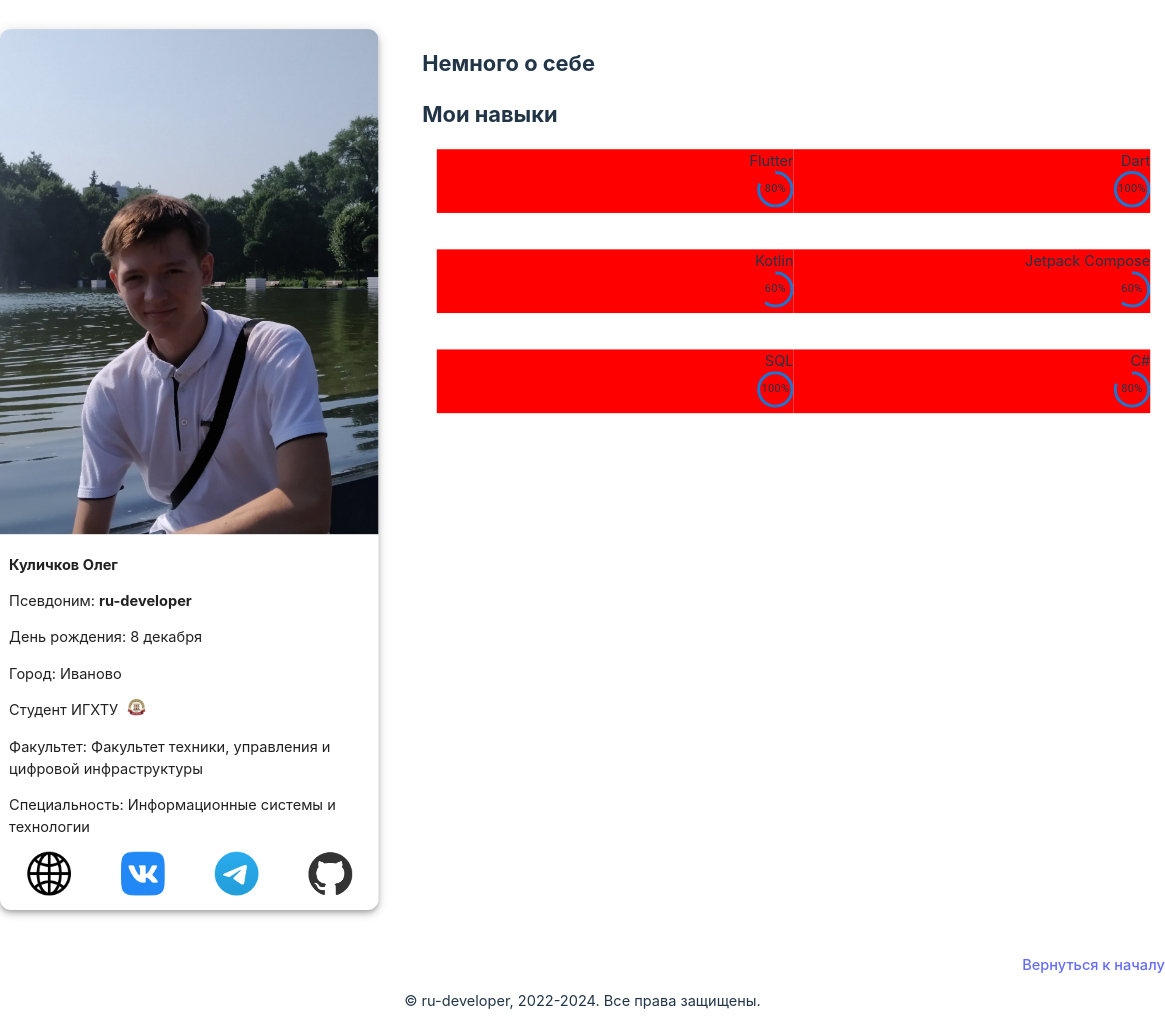
Repository: HubOl01/my_profile
Page: /
These files come from the project's save history. The page is drawn as it stood at one moment and after a run of saves; the edit follows.
The browser window is 1280 px wide. The pictures show the whole page, at 91% of full size.
The project was rebuilt for these pictures with package versions that can differ from the ones it lists, and the page was loaded fresh each time. Also part of the build but not shown: vite.config.ts, src/components/header/Header.module.scss, src/data/websites.ts.

Above is the page before, as saved 2024-03-09 11:05:43.

After the next 2 saves:
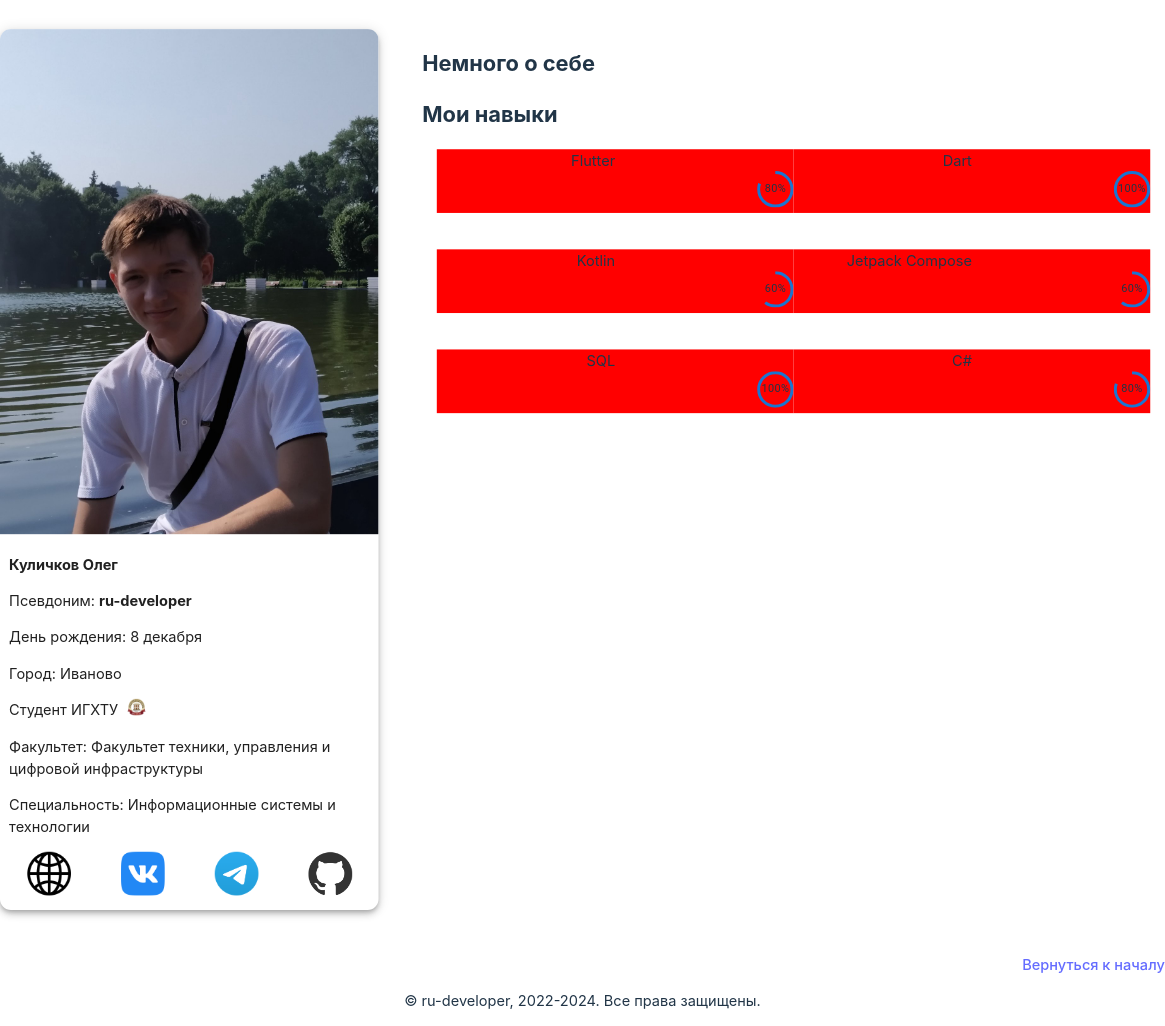
The 2 saves are shown as one change because they came seconds apart.
The last was saved 9 s later.
--- a/src/components/center/Common.tsx
+++ b/src/components/center/Common.tsx
@@ -25,7 +25,7 @@ export default function Common() {
               }}
               >
                 <Grid>
-<Grid >{skill.name}</Grid>
+<Grid xs={6}>{skill.name}</Grid>
 <Grid><CircularProgressWithLabel value={skill.progress * 100} /></Grid>
                 </Grid>
 
